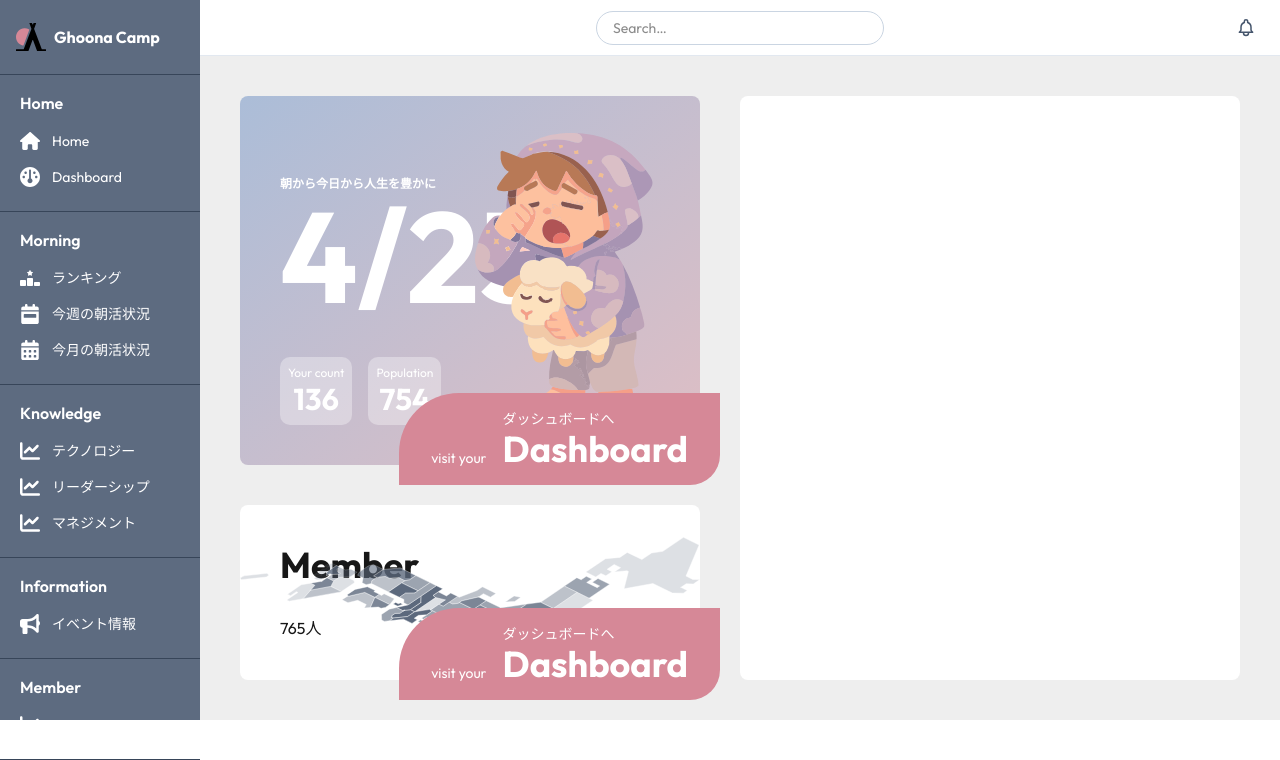
Repository: ShotaGhoona/ghoonacamp_platform
Page: /
The author's editor kept a copy of each file at every save. The page is drawn from the files as they stood at one save, then again after the next save.
The browser window is 1280 px wide. The pictures show the whole page.
The page's requests for data from a server got no answer. The project was rebuilt for these pictures with package versions that can differ from the ones it lists, and the page was loaded fresh each time. The framework's server and built-in components were replaced by stand-ins that run in the browser. No one was signed in, and anything a server would have sent is missing. Also part of the build but not shown: next.config.js.

Above is the page before, as saved 2025-04-25 13:40:49.

### src/app/layout.tsx
import type { Metadata } from 'next';
import { Outfit } from 'next/font/google';
import './globals.css';
import Sidebar from '@/components/display/sidebar';
import Header from '@/components/display/header';
import { AuthProvider } from './providers';

const outfit = Outfit({ subsets: ['latin'] });

export const metadata: Metadata = {
  title: 'Ghoona Camp',
  description: 'Ghoona Camp Platform',
};

export default function RootLayout({
  children,
}: {
  children: React.ReactNode;
}) {
  return (
    <html lang="ja">
      <body className={outfit.className}>
        <AuthProvider>
          <div className="flex">
            <div className="w-[200px] transition-all duration-300">
              <Sidebar />
            </div>
            <div className="flex-1 flex flex-col min-h-screen">
              <Header />
              <main className=" bg-[#EEEEEE] flex-1 px-10 py-10">{children}</main>
            </div>
          </div>
        </AuthProvider>
      </body>
    </html>
  );
}

### src/app/page.tsx
import IndexPage from "@/features/home/home/display/index";

export default function Home() {
  return (
    <IndexPage />
  );
}

### src/components/display/sidebar.tsx
'use client';

import Link from 'next/link';
import { usePathname } from 'next/navigation';
import clsx from 'clsx';

const groups: { title: string; links: { href: string; label: string; icon: string }[] }[] = [
  {
    title: 'Home',
    links: [
      { href: '/home', label: 'Home', icon: '/svg/sidebarIcon/home.svg' },
      { href: '/home/dashboard', label: 'Dashboard', icon: '/svg/sidebarIcon/dashboard.svg' },
    ],
  },
  {
    title: 'Morning',
    links: [
      { href: '/morning/ranking', label: 'ランキング', icon: '/svg/sidebarIcon/ranking.svg' },
      { href: '/morning/weekend', label: '今週の朝活状況', icon: '/svg/sidebarIcon/week.svg' },
      { href: '/morning/month', label: '今月の朝活状況', icon: '/svg/sidebarIcon/month.svg' },
    ],
  },
  {
    title: 'Knowledge',
    links: [
      { href: '/knowledge/tech', label: 'テクノロジー', icon: '/svg/sidebarIcon/analysis.svg' },
      { href: '/knowledge/leadership', label: 'リーダーシップ', icon: '/svg/sidebarIcon/analysis.svg' },
      { href: '/knowledge/management', label: 'マネジメント', icon: '/svg/sidebarIcon/analysis.svg' },
    ],
  },
  {
    title: 'Information',
    links: [{ href: '/information/events', label: 'イベント情報', icon: '/svg/sidebarIcon/externalEvents.svg' }],
  },
  {
    title: 'Member',
    links: [{ href: '/members', label: 'GhoonaCamper', icon: '/svg/sidebarIcon/analysis.svg' }],
  },
];

export default function Sidebar() {
  const pathname = usePathname();

  return (
    <aside className="w-full h-screen bg-[#5D6B80] text-white">
      <div className="flex items-center gap-2 h-[75px] px-4 border-b border-[#374559]">
        <img src="/svg/logo.svg" alt="Ghoona Camp" className="w-[30px] h-[30px]" />
        <span className="font-bold">Ghoona Camp</span>
      </div>

      <nav>
        {groups.map((g) => (
          <div key={g.title} className="border-b border-[#374559] px-[20px] py-4">
            <p className="text-base font-semibold mb-2">
              {g.title}
            </p>
            {g.links.map((l) => (
              <Link
                key={l.href}
                href={l.href}
                className={clsx(
                  'flex items-center gap-3 py-2 text-sm',
                  pathname === l.href
                    ? 'bg-primary text-white'
                    : 'hover:bg-slate-600'
                )}
              >
                <img src={l.icon} alt={l.label} className="w-[20px] h-[20px]" />
                <span>{l.label}</span>
              </Link>
            ))}
          </div>
        ))}
      </nav>
    </aside>
  );
}

### src/components/display/header.tsx
'use client';

import Image from 'next/image';
import { useSession } from 'next-auth/react';

export default function Header() {
  const { data: session } = useSession();

  return (
    <header className="flex items-center justify-between h-14 px-6 border-b border-slate-200 bg-white">
      {/* 空白をあけて中央に検索バーを置くレイアウト */}
      <div className="flex-1" />

      <div className="flex-1 flex justify-center">
        {/* ダミー検索バー */}
        <input
          type="text"
          placeholder="Search…"
          className="w-72 rounded-full border border-slate-300 px-4 py-1.5 text-sm focus:outline-primary"
        />
      </div>

      <div className="flex-1 flex justify-end items-center gap-4">
        {/* 通知ベルなど置く予定ならここ */}
        <button className="relative">
          <span className="sr-only">Notifications</span>
          <svg
            className="w-5 h-5 text-slate-600"
            fill="none"
            stroke="currentColor"
            strokeWidth={1.8}
            viewBox="0 0 24 24"
          >
            <path
              strokeLinecap="round"
              strokeLinejoin="round"
              d="M15 17h5l-1.405-1.405A2.032 2.032 0 0118 14.158V11a6.002 6.002 0 00-4-5.659V4a2 2 0 10-4 0v1.341C7.67 6.165 6 8.388 6 11v3.159c0 .538-.214 1.055-.595 1.436L4 17h5m6 0v1a3 3 0 11-6 0v-1m6 0H9"
            />
          </svg>
        </button>

        {/* ユーザー情報 */}
        {session?.user && (
          <div className="flex items-center gap-3">
            <span className="text-sm font-medium text-slate-700">
              {session.user.name}
            </span>
            <Image
              src={session.user.image || "/avatar-placeholder.png"}
              alt={session.user.name || "Avatar"}
              width={32}
              height={32}
              className="rounded-full ring-1 ring-slate-300"
            />
          </div>
        )}
      </div>
    </header>
  );
}

### src/features/home/home/display/index.tsx

// コンポーネント
import Hero from "./hero";
import Member from "./member";
export default function IndexPage() {
  return (
    <div className="flex gap-10 h-full">
      <div className="flex-1 flex flex-col gap-10 h-full rounded-lg">
        <div className="flex-1 flex flex-col bg-gradient-to-br from-[#ABBDD8] to-[#DFBEC4] rounded-lg">
          <Hero />
        </div>
        <div className="w-full h-[30%] bg-white rounded-lg">
          <Member />
        </div>
      </div>
      <div className="w-[500px] h-full bg-white rounded-lg">

      </div>
    </div>
  );
}

### src/features/home/home/display/hero.tsx
// コンポーネント
import CornerCta from "../components/cornerCta";
// ページ遷移
import Link from "next/link";


export default function Hero() {
  return (
    <div className="w-full h-full p-10 flex flex-col justify-between relative">
        <div className="flex-1 text-white mt-10">
                <p className="text-xs font-bold">朝から今日から人生を豊かに</p>
                <p className="text-9xl font-bold">4/23</p>
        </div>
        <div className="flex gap-4">
            <div className="flex flex-col bg-[#ffffff55] rounded-[10px] p-2 text-white items-center">
                <p className="text-xs">Your count</p>
                <p className="text-3xl font-bold">136</p>
            </div>
            <div className="flex flex-col bg-[#ffffff55] rounded-[10px] p-2 text-white items-center">
                <p className="text-xs">Population</p>
                <p className="text-3xl font-bold">754</p>
            </div>
        </div>
        <img src="/svg/tier1.svg" alt="tier1" className="absolute top-[10%] right-[10%] w-auto h-[75%]  " />
        <Link href="/dashboard" className="absolute -bottom-5 -right-5 flex flex-col gap-4">
            <CornerCta  color="D68897"  text="Dashboard"  subText="ダッシュボードへ" subText2="visit your" />
        </Link>
    </div>
  );
}

### src/features/home/home/display/member.tsx
// コンポーネント
import CornerCta from "../components/cornerCta";
// ページ遷移
import Link from "next/link";


export default function Hero() {
  return (
    <div className="w-full h-full p-10 flex flex-col justify-between relative">

        <p className="text-4xl font-bold">Member</p>
        <p >765人</p>
        <img src="/svg/jpmap.svg" alt="jpmap" className="absolute top-1/2 left-1/2 -translate-x-1/2 -translate-y-1/2 w-auto h-[80%] " />
        <Link href="/dashboard" className="absolute -bottom-5 -right-5 flex flex-col gap-4">
            <CornerCta  color="D68897"  text="Dashboard"  subText="ダッシュボードへ" subText2="visit your" />
        </Link>
    </div>
  );
}

### src/features/home/home/components/cornerCta.tsx
export default function CornerCta(
    { color, text, subText, subText2 }: { color: string; text: string; subText: string; subText2: string }
) {
  return (
    <div
      style={{ backgroundColor: `#${color}` }}
      className="px-8 py-4 rounded-tl-[60px] rounded-br-[30px] text-white flex items-end gap-4 cursor-pointer hover:opacity-90 transition-opacity"
    >
        <div>
            <span className="text-sm">{subText2}</span>
        </div>
        <div className="flex flex-col">
            <span className="text-sm">{subText}</span>
            <span className="text-4xl font-bold">{text}</span>
        </div>
    </div>
  );
}

Loaded but not shown: src/app/globals.css (common file); src/app/providers.tsx (common file)

After the next save:
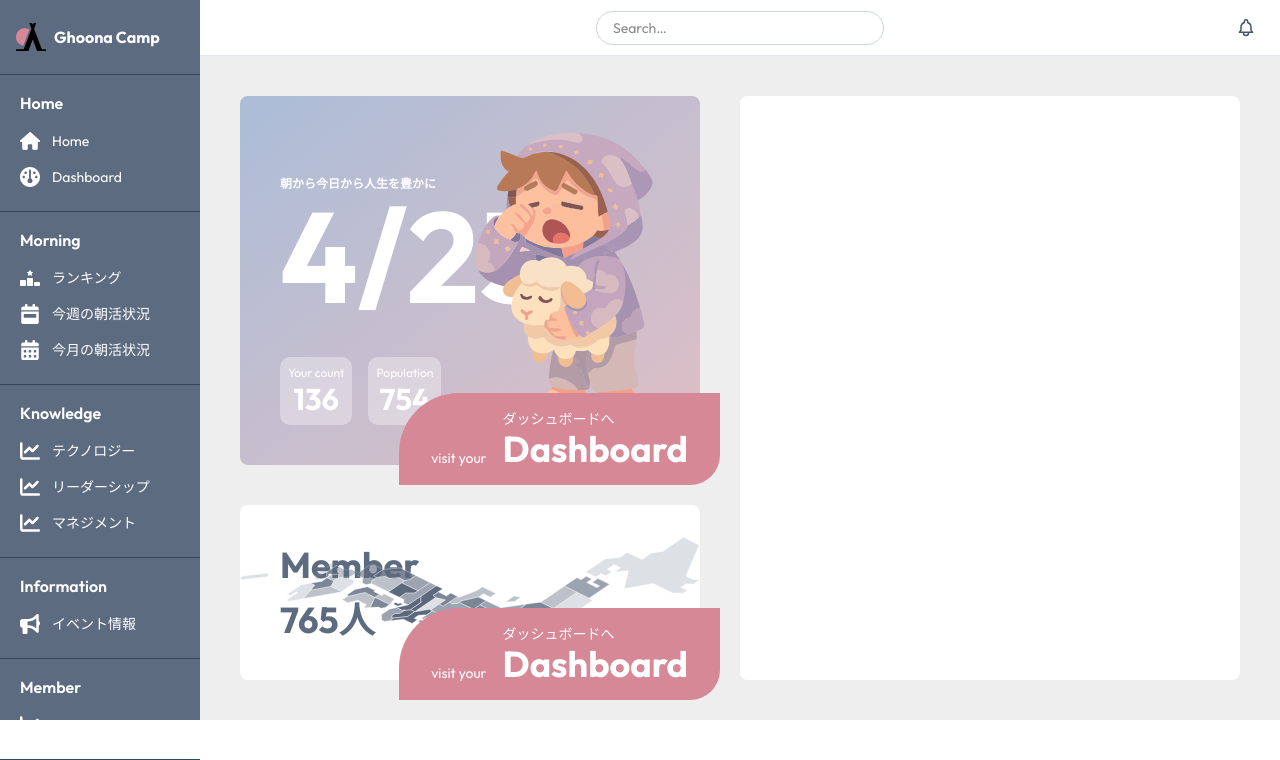
Saved 19 s later.
--- a/src/features/home/home/display/member.tsx
+++ b/src/features/home/home/display/member.tsx
@@ -8,8 +8,8 @@ export default function Hero() {
   return (
     <div className="w-full h-full p-10 flex flex-col justify-between relative">
 
-        <p className="text-4xl font-bold">Member</p>
-        <p >765人</p>
+        <p className="text-4xl text-[#5D6B80] font-bold">Member</p>
+        <p className="text-4xl text-[#5D6B80] font-bold">765人</p>
         <img src="/svg/jpmap.svg" alt="jpmap" className="absolute top-1/2 left-1/2 -translate-x-1/2 -translate-y-1/2 w-auto h-[80%] " />
         <Link href="/dashboard" className="absolute -bottom-5 -right-5 flex flex-col gap-4">
             <CornerCta  color="D68897"  text="Dashboard"  subText="ダッシュボードへ" subText2="visit your" />
